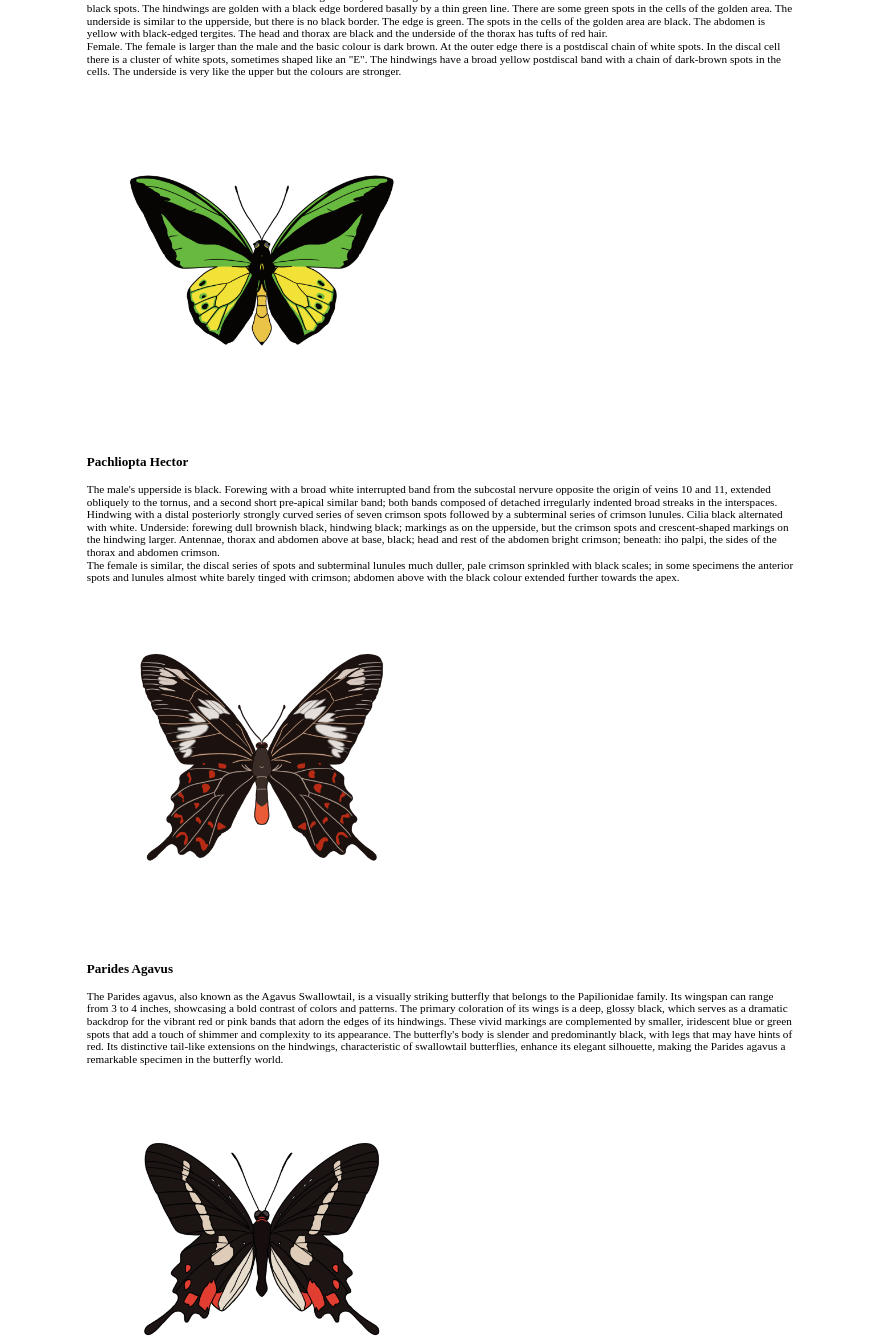
Repository: MeowCeline00/assessment-2
Page: /
An editor plug-in stored every save of this project. The page is shown before and after the next save, followed by the edit.
The browser window is 1280 px wide. The pictures show the part of the page from y = 4546 to 6466 px (the page is 7462 px tall before and 7990 px after), at 70% of full size.
The project was rebuilt for these pictures with package versions that can differ from the ones it lists, and the page was loaded fresh each time. The framework's server and built-in components were replaced by stand-ins that run in the browser. Also part of the build but not shown: next.config.mjs.

Above is the page before, as saved 2024-02-07 23:31:35.

### pages/index.js
import Head from "next/head";
import { useState } from "react";
import styles from "@/styles/Home.module.css";
import Header from "@/Components/Header";
import Footer from "@/Components/Footer";
import Contents from "@/Components/Contents";


export default function Home() {

  // Butterfly Patterns
  const classFilters = {
    //key : value
    1: 'Agrias Aedon Hewitson',
    2: 'Danaus Plexippus',
    4: 'Morpho Peleides',
    8: 'Ornithoptera Goliath',
    16: 'Pachliopta Hector',
    32: 'Parides Agavus',
    64: 'Trogonoptera Trojana'
  }

  const [input, setInput] = useState();
                                    // 3
                                    // 2 & 2 Remainder 1
                                    // 1 & 1 Remainder 0
                                    // 9
                                    // 8 & 8 Remainder 1
                                    // 1 & 1 Remainder 0
  const getClassStyle = flagValue => (input & flagValue) > 0 ? {backgroundColor: 'yellow'} : null;

  return (
    <>
      <Head>
        <title>General View of Butterfly Wing Patterns</title>
        <meta name="description" content="General View of Butterfly Wing Patterns" />
        <meta name="viewport" content="width=device-width, initial-scale=1" />
        <link rel="icon" href="/butt_favicon.ico" />
      </Head>
      <Header />
      <main className={`${styles.main}`}>
       <input
       id="input"
       type="text"
       placeholder='Bitmask Decimal'
       value={input}
       onChange={event => setInput(event.target.value)}
       />
       <table>
        <tbody>
          {
            Object.keys(classFilters).map(item => (
              <tr key={item} style={getClassStyle(item)}>
                <td>{item}</td>
                <td>{classFilters[item]}</td>
              </tr>
            ))
          }
        </tbody>
       </table>
       <Contents />
      </main>
      <Footer />
    </>
  );
}

### styles/globals.css
:root {
    --h1: rgb(15, 64, 162);
    --h2: rgb(203, 165, 27);
    --header-background: #d1d1d1;

}

### styles/Home.module.css
.main {
  display: flex;
  flex-direction: column;
  justify-content: space-between;
  align-items: center;
  padding: 6rem;
  min-height: 20vh;
}

### Components/Header/index.js
import Image from 'next/image';
import styles from './Header.module.css';

export default function Header() {
    return (
        <header className={styles.header}>
            <div className={styles.titleArea}>
                <h1> Colorful Butterflies</h1>
                <h2> A General Peek at Butterfly Wing Patterns</h2>
            </div>
            <div className={styles.logoArea}>
                <img src={"/logo.png"} alt="Butterfly Logo" width={350} />
            </div>
        </header>
    );
}

### Components/Footer/index.js
import styles from './Footer.module.css'


export default function Footer() {

    return(
        <footer className={styles.footer}>
            © Created by Congling
        </footer>
    )
}

### Components/Contents/index.js
import Image from 'next/image';
import styles from './Contents.module.css';

export default function Contents() {
    return (
        <contents className={styles.contents}>
            <div className={styles.projectDescription}>
            <h1>About</h1>
            <p>This project is my personal project, trying to explore different patterns for the wings of butterflies.
                On this occasion, I tried to draw several variety of Butterflies as referred to the original breed, including
               Agrias Aedon Hewitson, Danaus Plexippus, Morpho Peleides, Ornithoptera Goliath, Pachliopta Hector, Parides Agavus,
               and Trogonoptera Trojana.
            </p>
            </div>
            <div className={styles.butterflyPatterns}>
              <div className={styles.buttfly1}>
                <div className={styles.butterflyDes}>
                <h3>Agrias Aedon Hewitson</h3>
                <p>The species of the genus Agrias have, variously, very bright red, orange,
                    iridescent blue and yellow colouration contrasting on the black or bluish background of their upperside wing.
                    The underside wings are patterned. They have a robust appearance - broad thorax and short wide abdomen, allowing fast flight.
                    The wingspan is 70 to 120 mm. Males of all Agrias species have prominent yellow tufts of androconial scales on the hindwings.
                    These disperse pheromones for attracting suitable mates.</p>
                </div>
                <div className={styles.butterflyPic}>
                <img src={"/agrias_aedon_hewitson.png"} alt="Agrias Aedon Hewitson" width={500} />
                </div>
                </div>
                <div className={styles.buttfly2}>
                <div className={styles.butterflyDes}>
                <h3>Danaus Plexippus</h3>
                <p>Monarch butterflies are well-known for their appearance.
                Adult monarch butterflies possess two pairs of brilliant orange-red wings,
                featuring black veins and white spots along the edges. The males possess distinguishing
                black dots along the veins of their wings. Their orange color alerts predators to stay away.
                <br />
                As caterpillars, Monarchs are striped with yellow, black and white bands.
                Monarch caterpillars have a set of antennae-like tentacles at each end of their body.
                They reach about two inches in length before metamorphosis. The monarch chrysalis,
                where the caterpillar undergoes metamorphosis into the winged adult butterfly,
                is seafoam green with tiny yellow spots along its edge.</p>
                </div>
                <div className={styles.butterflyPic}>
                <img src={"/Danaus_plexippus.png"} alt="Danaus Plexippus" width={500} />
                </div>
                </div>
                <div className={styles.buttfly3}>
                <div className={styles.butterflyDes}>
                <h3>Morpho Peleides</h3>
                <p>Morpho peleides is recognized by the iridescent blue coloration on the top side of the wings.
                    Conversely, the undersides of the wings are brown and have a cryptic coloration and pattern.
                    Large eyespots are present on the bottom side of the forewings and hindwings.
                    The number of forewing eyespots on each individual may vary.
                    This coloration serves as protection from predators by making the butterfly somewhat camouflaged in the forest,
                    and the eyespots can startle or intimidate potential predators.
                    They are large butterflies, with adult wingspan measuring 5-8 inches.</p>
                </div>
                <div className={styles.butterflyPic}>
                <img src={"/morpho_peleides.png"} alt="Morpho Peleides" width={500} />
                </div>
                </div>
                <div className={styles.buttfly4}>
                <div className={styles.butterflyDes}>
                <h3>Ornithoptera Goliath</h3>
                <p>Ornithoptera goliath has a wingspan up to 11 in. This makes it the world's second largest butterfly.
                    The African giant swallowtail reaches an almost equal wingspan.
                    <br />
                    Male. The Goliath birdwing's forewings are black. The costal edge is green and beyond the medium black bar
                    is a large green triangle which reaches the dorsum but not the black sternum. The underside is greenish yellow and greenish.
                    The veins are black and there is a black border. The outer cells have small black spots.
                    The hindwings are golden with a black edge bordered basally by a thin green line.
                    There are some green spots in the cells of the golden area. The underside is similar to the upperside,
                    but there is no black border. The edge is green. The spots in the cells of the golden area are black.
                    The abdomen is yellow with black-edged tergites. The head and thorax are black and the underside of the
                    thorax has tufts of red hair.
                    <br />
                    Female. The female is larger than the male and the basic colour is dark brown.
                    At the outer edge there is a postdiscal chain of white spots. In the discal cell there is a cluster of white spots,
                    sometimes shaped like an "E". The hindwings have a broad yellow postdiscal band with a chain of dark-brown spots in the cells.
                    The underside is very like the upper but the colours are stronger.</p>
                    </div>
                    <div className={styles.butterfly4Pic}>
                <img src={"/ornithoptera_goliath.png"} alt="Ornithoptera Goliath" width={500} />
                </div>
                </div>
                <div className={styles.buttfly5}>
                <div className={styles.butterflyDes}>
                <h3>Pachliopta Hector</h3>
                <p>The male's upperside is black. Forewing with a broad white interrupted band from the subcostal nervure
                    opposite the origin of veins 10 and 11, extended obliquely to the tornus, and a second short pre-apical similar band;
                    both bands composed of detached irregularly indented broad streaks in the interspaces.
                    Hindwing with a distal posteriorly strongly curved series of seven crimson spots followed by a subterminal series of
                    crimson lunules. Cilia black alternated with white. Underside: forewing dull brownish black, hindwing black;
                    markings as on the upperside, but the crimson spots and crescent-shaped markings on the hindwing larger.
                    Antennae, thorax and abdomen above at base, black; head and rest of the abdomen bright crimson; beneath:
                    iho palpi, the sides of the thorax and abdomen crimson.
                    <br />
                    The female is similar, the discal series of spots and subterminal lunules much duller,
                    pale crimson sprinkled with black scales; in some specimens the anterior spots and lunules almost white barely
                    tinged with crimson; abdomen above with the black colour extended further towards the apex.
                    </p>
                    </div>
                    <div className={styles.butterfly5Pic}>
                <img src={"/pachliopta_hector.png"} alt="Pachliopta Hector" width={500} />
                </div>
                </div>
                <div className={styles.buttfly6}>
                <div className={styles.butterflyDes}>
                <h3>Parides Agavus</h3>
                <p>The Parides agavus, also known as the Agavus Swallowtail, is a visually striking butterfly that belongs
                    to the Papilionidae family. Its wingspan can range from 3 to 4 inches, showcasing a bold contrast of colors and patterns.
                    The primary coloration of its wings is a deep, glossy black, which serves as a dramatic backdrop for the vibrant
                    red or pink bands that adorn the edges of its hindwings. These vivid markings are complemented by smaller,
                    iridescent blue or green spots that add a touch of shimmer and complexity to its appearance.
                    The butterfly's body is slender and predominantly black, with legs that may have hints of red.
                    Its distinctive tail-like extensions on the hindwings, characteristic of swallowtail butterflies,
                    enhance its elegant silhouette, making the Parides agavus a remarkable specimen in the butterfly world.</p>
                </div>
                <div className={styles.butterfly6Pic}>
                <img src={"/parides_agavus.png"} alt="Parides Agavus" width={500} />
                </div>
                </div>
                <div className={styles.buttfly7}>
                <div className={styles.butterflyDes}>
                <h3>Trogonoptera Trojana</h3>
                <p>
                    The Trogonoptera trojana, known as the Rajah Brooke's Birdwing, is an exquisite and large butterfly,
                    hailing from the Birdwing genus that captivates with its sheer size and stunning coloration.
                    Typically, the wingspan of this magnificent creature can stretch up to about 7 inches,
                    making it one of the larger species within the butterfly realm. The male of the species boasts a velvety black color
                    on the upper side of its wings, dramatically offset by an electric green or turquoise hue that forms broad,
                    iridescent bands across the forewings and a series of smaller, similarly colored streaks on the hindwings.
                    This contrast is not only striking but serves as a natural spectacle in the wild. The female, while larger,
                    tends to have a more subdued color palette, with wings that are predominantly brown or black,
                    accented with white or cream-colored spots. The Trogonoptera trojana's body is slender,
                    with the thorax and abdomen often matching the dark hue of the wings, creating a cohesive and sleek appearance.
                    The elegant, yet powerful flight of this butterfly, coupled with its vivid coloration,
                    makes it a breathtaking sight in its natural rainforest habitats</p>
                    </div>
                    <div className={styles.butterfly7Pic}>
                <img src={"/trogonoptera_trojana.png"} alt="Trogonoptera Trojana" width={500} />
                </div>
                </div>
            </div>
        </contents>
    );
}

### Components/Header/Header.module.css
.header {
    display: flex;
    justify-content: space-between;
    align-items: center;
    padding: 20px;
    background-color: var(--header-background);
}

.titleArea {
    display: flex;
    flex-direction: column;
    padding-left: 20%;
}

.titleArea h1 {
    color: var(--h1);
    font-size: xx-large;
    font-family: Impact, Haettenschweiler, 'Arial Narrow Bold', sans-serif;
}

.titleArea h2 {
    color: var(--h2);
    font-family: 'Franklin Gothic Medium', 'Arial Narrow', Arial, sans-serif;
}

.logoArea {
  display: flex;
  padding-right: 20%;
}

### Components/Footer/Footer.module.css
.footer{
    text-align: center;
    font-weight: bold;
    font-family: Georgia, 'Times New Roman', Times, serif;
    font-size: larger;
    background-color: var(--header-background);
    color: var(--h1);
}

### Components/Contents/Contents.module.css
.contents {
    display: flex;
    flex-direction: column;
    margin: 20px;
}

.projectDescription {
    margin-bottom: 20px;
}

.butterflyPatterns {
    display: flex;
    flex-direction: column;
}

.butterflyPattern {
    display: flex;
    justify-content: space-between;
    align-items: center;
    margin-bottom: 20px;
}

.butterflyDes {
    flex: 1; /* Assigns 50% of the space to the description */
    padding-right: 20px; /* Adds some space between the text and the image */
}

.butterflyPic {
    flex: 1; /* Assigns 50% of the space to the picture */
    display: flex;
    justify-content: flex-start; /* Aligns the image to the start of the flex item */
}

.butterflyPic img {
    width: 100%; /* Full width of the flex item */
    height: auto; /* Keeps the aspect ratio of the image */
}

Loaded but not shown: pages/_app.js (common file); pages/_document.js (common file)

After the next save:
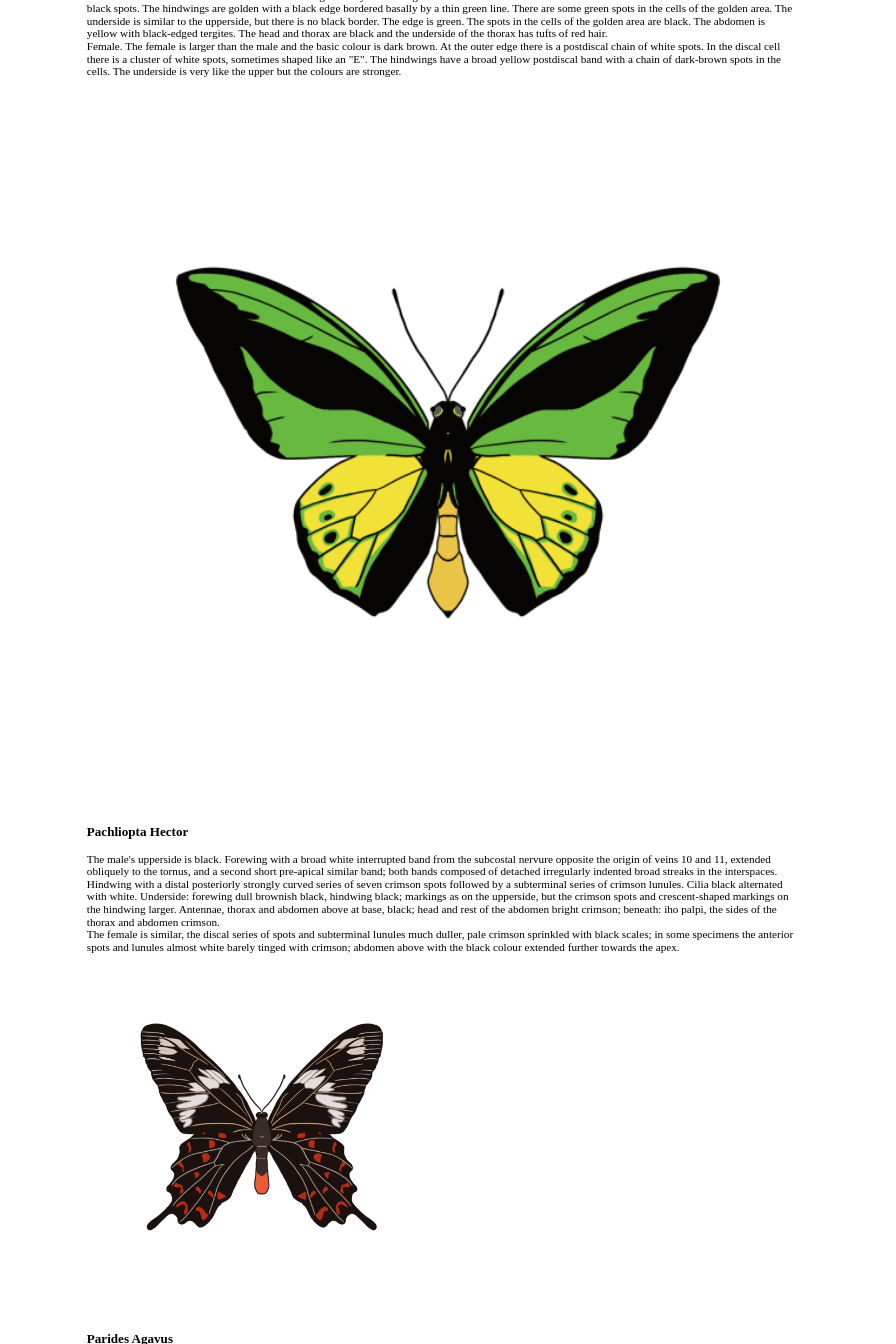
Saved 9 s later.
--- a/Components/Contents/index.js
+++ b/Components/Contents/index.js
@@ -79,7 +79,7 @@ export default function Contents() {
                     sometimes shaped like an "E". The hindwings have a broad yellow postdiscal band with a chain of dark-brown spots in the cells.
                     The underside is very like the upper but the colours are stronger.</p>
                     </div>
-                    <div className={styles.butterfly4Pic}>
+                    <div className={styles.butterflyPic}>
                 <img src={"/ornithoptera_goliath.png"} alt="Ornithoptera Goliath" width={500} />
                 </div>
                 </div>
